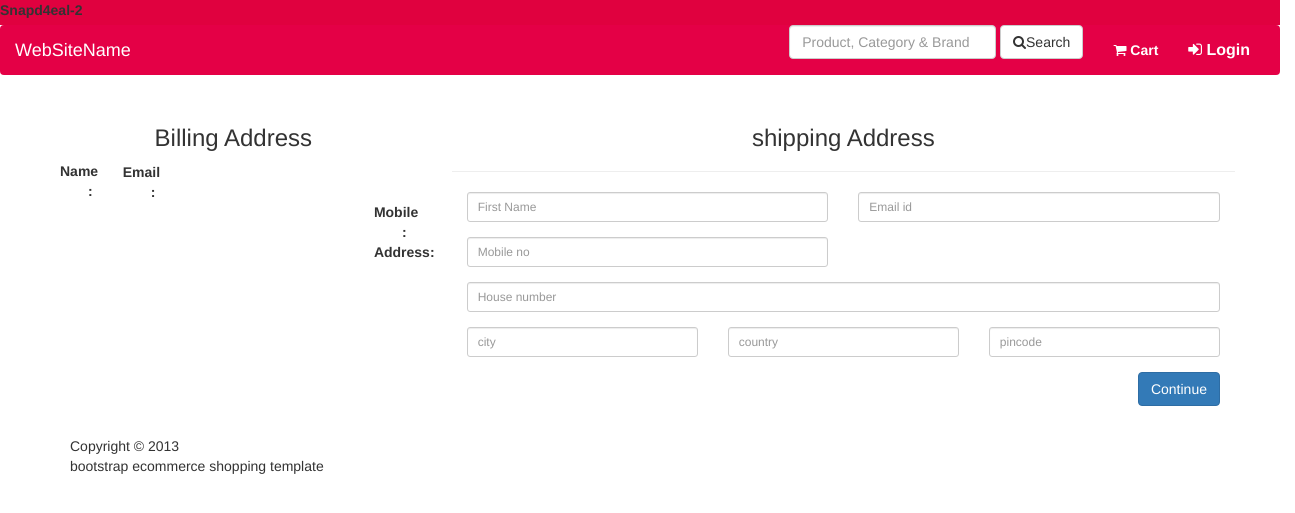
Repository: Aryans26/project
Page: http://localhost/frontend/WEB-INF/views/addressorder.jsp
An editor plug-in stored every save of this project. The page is shown before and after the next save, followed by the edit.
The browser window is 1280 px wide. The page is 1280 px wide, then 1295 px, so the pictures cover 1295 px, including what lies to the right of the window. The pictures show the whole page.
Some web libraries are served in a nearby version. The page is served by Tomcat 9. Nobody is signed in. Other server files are loaded and not shown. The template is opened directly, without the code that normally fills it, so the values that code supplies are empty.

Above is the page before, as saved 2017-06-21 09:22:57.

### frontend/src/main/webapp/WEB-INF/views/addressorder.jsp
<%@ taglib prefix="c" uri="http://www.springframework.org/tags"%>
<%@ taglib prefix="form" uri="http://www.springframework.org/tags/form"%>
<!doctype html>
<html>
<head>
<c:url value="/resource" var="res" />

<!-- <link rel="stylesheet" ref="https://maxcdn.bootstrapcdn.com/bootstrap/3.3.7/css/bootstrap.min.css"> -->
<script
	src="https://ajax.googleapis.com/ajax/libs/jquery/3.2.1/jquery.min.js"></script>
<script
	src="https://maxcdn.bootstrapcdn.com/bootstrap/3.3.7/js/bootstrap.min.js"></script>
<link rel="stylesheet" href="${res}/css/bootstrap.min.css" />
<link rel="stylesheet" href="${res}/css/style.css" />
<link rel="stylesheet" href="${res}/css/font-awesome/css/font-awesome.min.css" />

</head>
<body>
	<%@include file="navbar.jsp"%>
	<div class="span11">

	<div class="col-md-12  col-sm-12  col-xs-8 "
	style="background: #fff; padding: 30px;">

	<div class="col-md-4 col-sm-4 col-xs-12 billing-add">
		<h3 class="text-center">Billing Address</h3>
		<div class="col-md-2 col-sm-3 b-r"><b>Name :</b></div><div class="col-md-10 col-sm-9">${user.getU_name()} </div>
		<div class="col-md-2 col-sm-3 b-r"><b>Email :</b></div><div class="col-md-10 col-sm-9">${user.getU_email()}</div>
		<div class="col-md-2 col-sm-3 b-r"><b>Mobile :</b></div><div class="col-md-10 col-sm-9">${user.getU_phoneno()}</div>
		<div class="col-md-2 col-sm-3 b-r"><b>Address:</b></div><div class="col-md-10 col-sm-9">${billing.getHouse_no()}<br>
		${billing.getStreet_name()}<br>${billing.getCity()}<br>${billing.getState()}<br>${billing.getCountry()}<br>
		${billing.getPincode()}<br>
		</div>

	</div>


	<div class="col-md-8 shipping col-sm-8 col-xs-12">
		<h3 class="text-center">shipping Address</h3>

		<hr>
	<c:url value="/orderConfirm" var="a"/>
		<form:form action="${a}" method="post" commandName="shippingAddress">


		<div class="col-xs-6 col-sm-6 col-md-6">
			<div class="form-group">
				<form:input type="text" name="first_name" id="first_name" class="form-control input-sm" placeholder="First Name" path="Ship_name"/>
			</div>
		</div>
<!-- 		<div class="col-xs-6 col-sm-6 col-md-6"> -->
<!-- 			<div class="form-group"> -->
<%-- 				<form:input type="text" name="last_name" id="last_name" class="form-control input-sm" placeholder="Last Name" path="lastname"/>  --%>
<!-- 			</div> -->
<!-- 		</div> -->

		<div class="col-xs-6 col-sm-6 col-md-6">
			<div class="form-group">
				<form:input type="text" name="first_name" id="first_name" class="form-control input-sm" placeholder="Email id" path="Ship_email"/>
			</div>
		</div>
		<div class="col-xs-6 col-sm-6 col-md-6">
			<div class="form-group">
				<form:input type="text" name="Mobile_no" class="form-control input-sm" placeholder="Mobile no" path="Ship_mono"/>
		</div>
</div>
		<div class="col-xs-12 col-sm-12 col-md-12">
			<div class="form-group">
				<form:input type="text" class="form-control input-sm" placeholder="House number" path="Ship_houseno"/>

			</div>
		</div>

		<div class="col-xs-12 col-sm-4 col-md-4">
			<div class="form-group">
				<form:input type="text"	class="form-control input-sm" placeholder="city" path="Ship_city"/>
			</div>
		</div>
		<div class="col-xs-12 col-sm-4 col-md-4">
			<div class="form-group">
				<form:input type="text"	class="form-control input-sm" placeholder="country" path="Ship_country"/>
			</div>
		</div>

		<div class="col-xs-12 col-sm-4 col-md-4">
			<div class="form-group">
				<form:input type="text" class="form-control input-sm" placeholder="pincode" path="Ship_pincode" />
			</div>
		</div>

	<div class="col-md-12">
		<input type="submit" class="btn btn-primary pull-right" value="Continue">
	</div>
   </form:form>
</div>
</div></div>
<!--
Footer
-->

<!-- /container -->

<div class="copyright">
<div class="container">

	<span>Copyright &copy; 2013<br> bootstrap ecommerce shopping template</span>
</div>
</div>
<a href="#" class="gotop"><i class="icon-double-angle-up"></i></a>

  </body>
</html>

### frontend/src/main/webapp/WEB-INF/views/navbar.jsp
<%@ taglib prefix="c" uri="http://www.springframework.org/tags"%>
<%@ taglib prefix="form" uri="http://www.springframework.org/tags/form"%>
<%@ taglib prefix="security" uri="http://www.springframework.org/security/tags" %>
<%@ taglib prefix="c1" uri="http://java.sun.com/jsp/jstl/core"%>
<!DOCTYPE html >
<html>
<head>
<meta http-equiv="Content-Type" content="text/html; charset=ISO-8859-1">
<title>Insert title here</title>
</head>
<body>
	<div class="headder">
		<b>Snapd4eal-2</b>
	</div>

	<nav class="navbar navbar-default" style="color: white;">
		<div class="container-fluid">
			<div class="navbar-header">
				<button type="button" class="navbar-toggle" data-toggle="collapse" data-target="#myNavbar">
					<span class="icon-bar"></span> <span class="icon-bar"></span>
					<span class="icon-bar"></span>
				</button>
				<a class="navbar-brand" href="<c:url value="/"/>"
					style="color: white;">WebSiteName</a>
				<form class="navbar-form navbar-right visible-sm visible-xs">
					<div class="form-group">
						<input type="text" class="form-control"
							placeholder="Product, Category & Brand">
					</div>
					<button type="submit" class="btn btn-default">
						<i class="fa fa-search"></i>Search
					</button>

				</form>
			</div>
			<div class="collapse navbar-collapse" id="myNavbar">
			<c1:if test="${pageContext.request.userPrincipal.name!=null}">
			<security:authorize access="hasRole('ROLE_ADMIN')">
				<ul class="nav navbar-nav">
					<li style="color: white;"><a
						href="<c:url value="/category"/>">Add Category</a></li>
					<li style="color: white;"><a
						href="<c:url value="/addproduct"/>">Add Product</a></li>
					<li style="color: white;"><a
						href="<c:url value="/supplier"/>">Add Supplier</a></li>
<!-- 					<li style="color: white;"><a -->
<%-- 						href="<c:url value="/addcard"/>">Add Card</a></li> --%>

				</ul>
				</security:authorize>
				</c1:if>
				<ul class="nav navbar-nav navbar-right">
					<li><a href="<c:url value="/viewcart"/>"><i class="fa fa-shopping-cart"></i>
							Cart</a></li>

					<li class="dropdown"><a href="#" class="dropbtn"><span
							class="fa fa-sign-in"></span>
							<c1:if test="${pageContext.request.userPrincipal.name==null}"> Login </c1:if>
							 <c1:if test="${pageContext.request.userPrincipal.name!=null}">  Logout</c1:if></a>

						<div class="dropdown-content">
							<a href="#">your account</a>
							<a href="#">your orders</a>
							<c1:if test="${pageContext.request.userPrincipal.name==null}">

							<a href="<c:url value="/users"/>" class="hvr-reg-bordertop" > new user ?<br>
							<b>register</b></a>
<%-- <a href="<c:url value="/login"/>"><button type="button" class="btn btn-danger" style="width: 90%; margin: 10px;">Login</button></a> --%>
							<button type="button" class="btn btn-danger" data-toggle="modal"
								data-target="#myModal" style="width: 90%; margin: 10px;">Login</button>
								</c1:if>

								<c1:if test="${pageContext.request.userPrincipal.name!=null}">
					<a href="<c:url value="/j_spring_security_logout"/>"><button type="button" class="btn btn-danger" >Logout</button></a>
								</c1:if>
						</div></li>

				</ul>
				<form class="navbar-form navbar-right hidden-sm hidden-xs">
					<div class="form-group">
						<input type="text" class="form-control"
							placeholder="Product, Category & Brand">
					</div>
					<button type="submit" class="btn btn-default">
						<i class="fa fa-search"></i>Search
					</button>

				</form>

			</div>
		</div>
	</nav>


	<!-- Modal -->
	<div class="modal fade" id="myModal" role="dialog">
		<div class="modal-dialog modal-lg">
			<div class="modal-content">
				<div class="modal-header">
					<button type="button" class="close" data-dismiss="modal">&times;</button>
					<h4 class="modal-title">Login</h4>
				</div>
				<div class="modal-body">
				<c1:url value="/j_spring_security_check" var="a"/>
					<form role="form" method="post" action="${a} ">
						<div class="form-group">
				<label for="email">Email address:</label>
				<input type="email" class="form-control" id="email" name="j_username" placeholder="Email Id">
						</div>
						<div class="form-group">
				<label for="pwd">Password:</label>
				 <input type="password" class="form-control" id="pwd" name="j_password" placeholder="Password">
						</div>
						<div class="checkbox">
							<label><input type="checkbox"> Remember me</label>
						</div>
						<a class="cursor" data-dismiss="modal" data-toggle="modal"
							data-target="#myModal1">new User ? <b>register</b></a>
						<button type="submit" class="btn btn-success">Submit</button>
					</form>
				</div>
				<div class="modal-footer">
					<button type="button" class="btn btn-default" data-dismiss="modal">Close</button>
				</div>
			</div>
		</div>
	</div>

</body>
</html>

### frontend/src/main/webapp/resource/css/style.css
@charset "utf-8";
/* CSS Document */
.headder {
	min-height: 25px;
	background-color: #E0013F;
}

.navbar-default, .navbar-default li {
	background-color: #e40046;
	color: white;
}

.navbar-default li a {
	color: #FFF;
	font-weight: bold;
}

.navbar-nav li:hover, .navbar-nav li:focus, .navbar-nav li:active {
	background-color: #333;
}

.navbar-nav dropdown:hover {
	background-color: #333;
}

.dropbtn {
	color: white;
	padding: 16px;
	font-size: 16px;
	border: none;
	cursor: pointer;
}

.
.dropdown:hover {
	background-color: #333;
	color: white;
	padding: 16px;
	font-size: 16px;
	border: none;
	cursor: pointer;
}

.dropdown {
	position: relative;
	display: inline-block;
}

.dropdown-content {
	display: none;
	position: absolute;
	background-color: #333;
	min-width: 160px;
	right: 5px;
	box-shadow: 0px 8px 16px 0px rgba(0, 0, 0, 0.2);
	z-index: 1;
}

.dropdown-content a {
	color: black;
	font-size: 14px !important;
	font-weight: normal !important;
	text-align: center;
	padding: 12px 16px;
	text-decoration: none;
	display: block;
}

.dropdown-content a:hover {
	background-color: #000;
}

.dropdown:hover .dropdown-content {
	display: block;
}

.dropdown:hover .dropbtn {
	background-color: #333;
}

.dropdown-content .hvr-reg-bordertop {
	border-top: 1px solid #999;
	padding-top: 20px;
	margin-bottom: 0;
	padding-bottom: 0;
}

.cursor {
	cursor: pointer;
}

.form-fill{
	max-width:500px;
	box-shadow:2px 2px 8px  grey;
	padding:30px 20px;
	margin:10px auto;
	border-radius:10px;
}

.form-list-table{
	border:2px solid grey;
	box-shadow:4px 4px 8px grey;
	border-radius:10px;
}
.head3{
	color:#e40046;
	font-weight:bold;
	text-align:center;
	text-shadow:2px 2px 4px grey;
}

.items-list-head > div{
	Color:red;
	text-align:center;
	font-weight:bolder;
	font-size:20px;
}
.items-list > div{
	border-top:1px solid grey;
	line-height:40px;
	text-align:center;
	font-weight:bold;
}

.box-shadow{
	border-radius:10px;
	box-shadow:2px 2px 8px grey;
}

.list-head{
	font-size:16px;
	font-weight:bold;
	text-shadow:1px 1px 1px grey;
}

.billing-add .b-r{
	text-align:right;
}

Loaded but not shown: frontend/src/main/webapp/resource/css/bootstrap.min.css (library); frontend/src/main/webapp/resource/css/font-awesome/css/font-awesome.min.css (library)

After the next save:
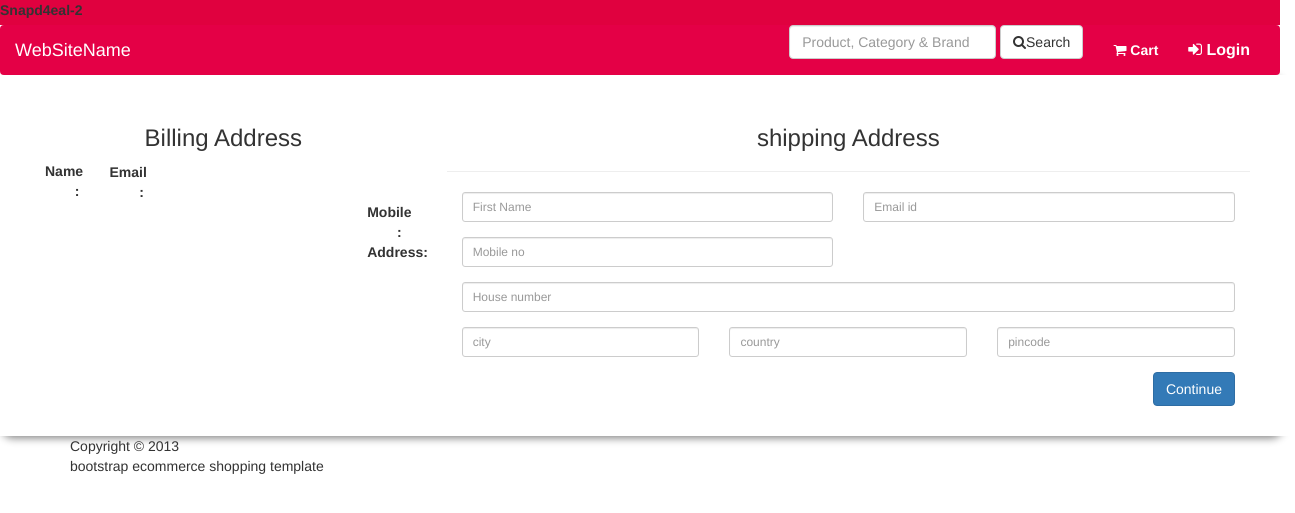
Saved 87 s later.
--- a/frontend/src/main/webapp/WEB-INF/views/addressorder.jsp
+++ b/frontend/src/main/webapp/WEB-INF/views/addressorder.jsp
@@ -17,9 +17,9 @@
 </head>
 <body>
 	<%@include file="navbar.jsp"%>
-	<div class="span11">
+	<div class="Container box-shadow">
 
-	<div class="col-md-12  col-sm-12  col-xs-8 "
+	<div class="row"
 	style="background: #fff; padding: 30px;">
 
 	<div class="col-md-4 col-sm-4 col-xs-12 billing-add">
@@ -93,7 +93,8 @@
 	</div>
    </form:form>
 </div>
-</div></div>
+</div>
+</div>
 <!--
 Footer
 -->
